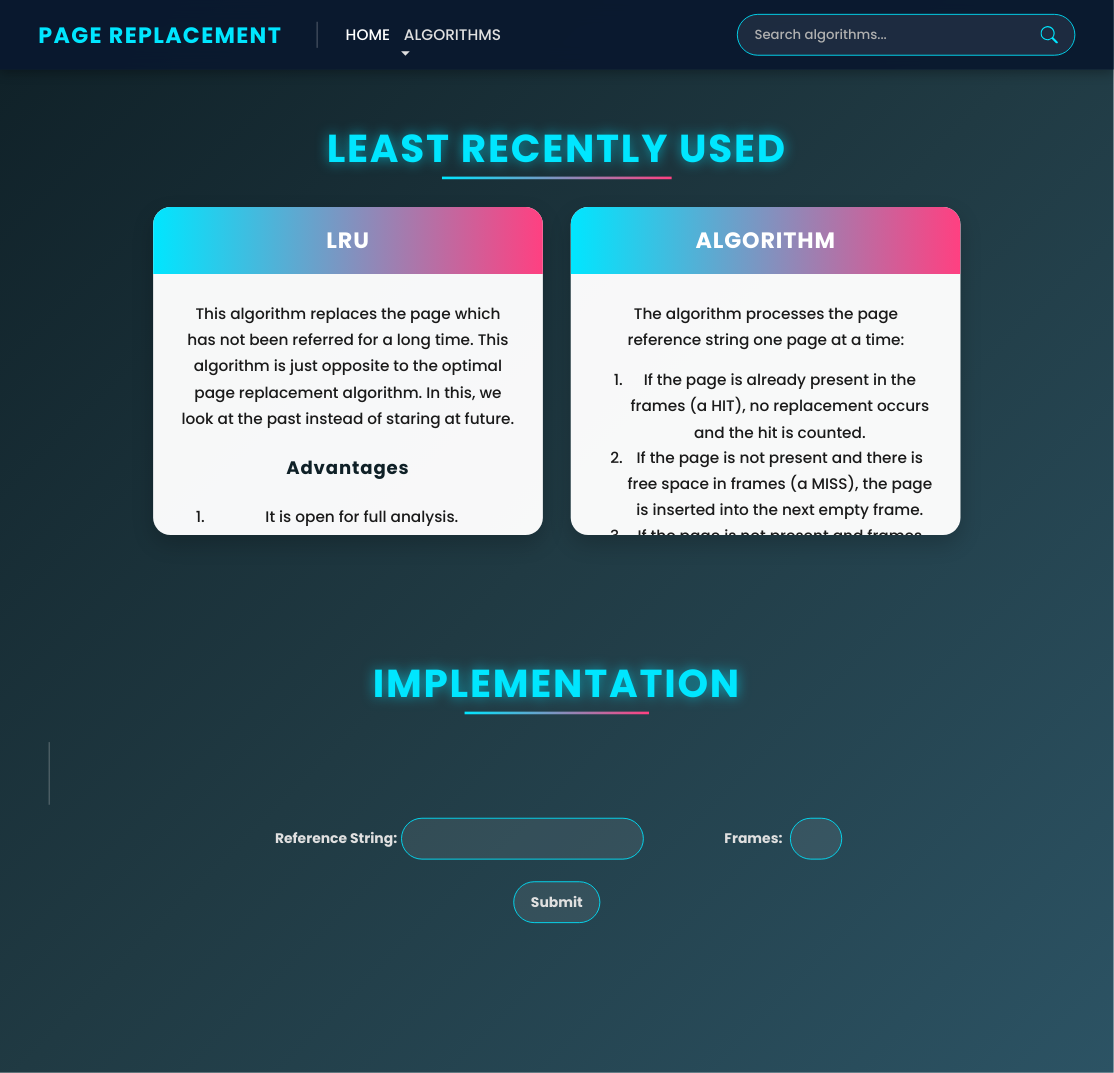
Repository: nusuranur/Page-Replacement-Algorithms-Simulator2.0
Page: Page-Replacement-Algorithms-Simulator-master/lru.html
An editor plug-in stored every save of this project. The page is shown before and after the next save, followed by the edit.
The browser window is 1280 px wide. The pictures show the whole page, at 87% of full size.

Above is the page before, as saved 2025-08-05 16:40:58.

### Page-Replacement-Algorithms-Simulator-master/lru.html
<!DOCTYPE html>
<html lang="en">

<head>
    <meta charset="UTF-8">
    <meta http-equiv="X-UA-Compatible" content="IE=edge">
    <meta name="viewport" content="width=device-width, initial-scale=1.0">
    <title>OS LAB SIMULATOR</title>
    <link rel="stylesheet" href="https://cdn.jsdelivr.net/npm/bootstrap@5.3.0/dist/css/bootstrap.min.css">
    <link href="https://fonts.googleapis.com/css2?family=Poppins:wght@300;500;700&display=swap" rel="stylesheet">
    <link href="https://cdnjs.cloudflare.com/ajax/libs/font-awesome/6.4.0/css/all.min.css" rel="stylesheet">
    <link rel="stylesheet" href="https://unpkg.com/aos@2.3.1/dist/aos.css">
    <link rel="shortcut icon" type="image/png" href="images/website_logo1.png">
    <style>
        body {
            background: linear-gradient(135deg, #0f2027 0%, #203a43 50%, #2c5364 100%);
            font-family: 'Poppins', sans-serif;
            color: #e0e0e0;
            min-height: 100vh;
            margin: 0;
            font-size: 1rem;
        }

        .navbar {
            background: rgba(10, 25, 47, 0.95) !important;
            backdrop-filter: blur(12px);
            padding: 1rem 2rem;
            box-shadow: 0 4px 12px rgba(0, 0, 0, 0.3);
        }

        .navbar-brand .hover-border {
            font-size: 1.6rem;
            font-weight: 700;
            color: #00e6ff;
            transition: color 0.3s ease, transform 0.3s ease;
            position: relative;
            text-transform: uppercase;
            letter-spacing: 1.5px;
        }

        .navbar-brand .hover-border:hover {
            color: #ffffff;
            transform: translateY(-2px);
        }

        .navbar-brand .hover-border::after {
            content: '';
            position: absolute;
            width: 0;
            height: 3px;
            bottom: -6px;
            left: 0;
            background: linear-gradient(90deg, #00e6ff, #ff4081);
            transition: width 0.4s ease;
        }

        .navbar-brand .hover-border:hover::after {
            width: 100%;
        }

        .nav-link, .nav-link.dropdown-toggle {
            font-size: 1.1rem;
            color: #e0e0e0;
            transition: color 0.3s ease, transform 0.3s ease;
            position: relative;
        }

        .nav-link:hover, .nav-link.dropdown-toggle:hover {
            color: #00e6ff;
            transform: translateY(-2px);
        }

        .nav-link::after, .nav-link.dropdown-toggle::after {
            content: '';
            position: absolute;
            width: 0;
            height: 2px;
            bottom: -3px;
            left: 0;
            background: linear-gradient(90deg, #00e6ff, #ff4081);
            transition: width 0.4s ease;
        }

        .nav-link:hover::after, .nav-link.dropdown-toggle:hover::after {
            width: 100%;
        }

        .divider {
            height: 30px;
            width: 1px;
            background: #e0e0e0;
            margin: 0 1.5rem;
            opacity: 0.4;
        }

        .form-control {
            background: rgba(255, 255, 255, 0.08);
            border: 1px solid #00e6ff;
            color: #e0e0e0;
            border-radius: 25px;
            padding: 0.7rem 2.8rem 0.7rem 1.2rem;
            font-size: 1rem;
            transition: all 0.3s ease;
        }

        .form-control:focus {
            background: rgba(255, 255, 255, 0.15);
            border-color: #ffffff;
            color: #ffffff;
            box-shadow: 0 0 8px rgba(0, 230, 255, 0.3);
        }

        .form-control::placeholder {
            color: #b0b0b0;
            font-size: 0.95rem;
        }

        .bi-search {
            position: absolute;
            right: 20px;
            top: 50%;
            transform: translateY(-50%);
            color: #00e6ff;
            width: 20px;
            height: 20px;
        }

        .dropdown-menu {
            background: rgba(10, 25, 47, 0.98);
            border: 1px solid #00e6ff;
            border-radius: 12px;
            max-height: 320px;
            overflow-y: auto;
            box-shadow: 0 4px 15px rgba(0, 0, 0, 0.3);
        }

        .dropdown-item {
            color: #e0e0e0;
            font-size: 0.95rem;
            padding: 0.8rem 1.5rem;
            transition: all 0.3s ease;
        }

        .dropdown-item:hover {
            background: #00e6ff;
            color: #0f2027;
        }

        .mid-block {
            padding: 4rem 2rem;
            text-align: center;
        }

        .mid-heading-wrapper {
            margin-bottom: 2rem;
        }

        .mid-heading h1 {
            font-size: 2.8rem;
            font-weight: 700;
            color: #00e6ff;
            text-transform: uppercase;
            letter-spacing: 2px;
            text-shadow: 0 0 15px rgba(0, 230, 255, 0.6);
            position: relative;
            display: inline-block;
        }

        .mid-heading h1::after {
            content: '';
            position: absolute;
            width: 50%;
            height: 3px;
            bottom: -8px;
            left: 25%;
            background: linear-gradient(90deg, #00e6ff, #ff4081);
        }

        .mid-cards {
            display: flex;
            flex-wrap: wrap;
            justify-content: center;
            gap: 2rem;
            max-width: 1200px;
            margin: 0 auto;
        }

        .card {
            background: rgba(255, 255, 255, 0.97);
            border: none;
            border-radius: 20px;
            box-shadow: 0 10px 25px rgba(0, 0, 0, 0.2);
            transition: transform 0.4s ease, box-shadow 0.4s ease;
            max-width: 28rem;
            overflow: hidden;
        }

        .card:hover {
            transform: translateY(-10px);
            box-shadow: 0 15px 35px rgba(0, 0, 0, 0.3);
        }

        .card-header {
            background: linear-gradient(90deg, #00e6ff, #ff4081);
            color: #ffffff;
            font-size: 1.6rem;
            font-weight: 600;
            padding: 1.2rem;
            text-transform: uppercase;
            letter-spacing: 1px;
            border: none;
        }

        .card-body {
            padding: 2rem;
            color: #1a1a1a;
            font-size: 1.1rem;
            line-height: 1.7;
            max-height: 300px;
            overflow-y: auto;
        }

        .card-body .card-header {
            background: none;
            color: #0f2027;
            font-size: 1.3rem;
            padding: 0.5rem 0;
            text-transform: none;
        }

        .card-text ol {
            padding-left: 1.5rem;
            margin-bottom: 0;
        }

        .card-text li {
            margin-bottom: 0.5rem;
        }

        .last-block {
            padding: 4rem 2rem;
            text-align: center;
        }

        .last_button {
            background: linear-gradient(90deg, #00e6ff, #ff4081);
            color: #ffffff;
            border: none;
            border-radius: 25px;
            padding: 0.8rem 2rem;
            font-size: 1rem;
            font-weight: 600;
            transition: all 0.3s ease;
        }

        .last_button:hover {
            background: linear-gradient(90deg, #ff4081, #00e6ff);
            transform: scale(1.08);
            box-shadow: 0 5px 15px rgba(0, 230, 255, 0.4);
        }

        .input {
            background: rgba(255, 255, 255, 0.08);
            border: 1px solid #00e6ff;
            color: #e0e0e0;
            border-radius: 25px;
            padding: 0.7rem 1.2rem;
            font-size: 1rem;
            transition: all 0.3s ease;
        }

        .input:focus {
            background: rgba(255, 255, 255, 0.15);
            border-color: #ffffff;
            box-shadow: 0 0 8px rgba(0, 230, 255, 0.3);
        }

        table, tr, td {
            border: 2px solid black !important;
        }

        #table {
            width: 80vw;
            margin: 15px;
        }

        #summary {
            display: flex;
            justify-content: space-around;
            align-items: center;
            flex-wrap: wrap;
            flex-direction: row;
        }

        @media (max-width: 768px) {
            body {
                font-size: 0.9rem;
            }

            .mid-heading h1 {
                font-size: 2.2rem;
            }

            .mid-block, .last-block {
                padding: 2rem 1rem;
            }

            .navbar-brand .hover-border {
                font-size: 1.3rem;
            }

            .nav-link, .nav-link.dropdown-toggle {
                font-size: 1rem;
            }

            .form-control, .input {
                font-size: 0.9rem;
            }

            .card {
                max-width: 90%;
            }

            .card-header {
                font-size: 1.4rem;
            }

            .card-body {
                font-size: 1rem;
            }

            .last_button {
                font-size: 0.9rem;
                padding: 0.7rem 1.5rem;
            }
        }
    </style>
</head>

<body>
    <nav class="navbar sticky-top navbar-expand-lg navbar-dark bg-dark">
        <div class="container-fluid">
            <a class="navbar-brand" href="pagereplacement_index.html">
                <div class="hover-border">PAGE REPLACEMENT</div>
            </a>
            <div class="divider"></div>
            <button class="navbar-toggler" type="button" data-bs-toggle="collapse"
                data-bs-target="#navbarSupportedContent" aria-controls="navbarSupportedContent" aria-expanded="false"
                aria-label="Toggle navigation">
                <span class="navbar-toggler-icon"></span>
            </button>
            <div class="collapse navbar-collapse" id="navbarSupportedContent">
                <ul class="navbar-nav me-auto mb-2 mb-lg-0">
                    <li class="nav-item">
                        <a class="nav-link active" aria-current="page" href="index.html">
                            <div class="hover-border">HOME</div>
                        </a>
                    </li>
                    <li class="nav-item dropdown">
                        <a class="nav-link dropdown-toggle" href="#" id="navbarDropdown" role="button"
                            data-bs-toggle="dropdown" aria-expanded="false">
                            ALGORITHMS
                        </a>
                        <ul class="dropdown-menu dropdown-menu-dark" aria-labelledby="navbarDropdown">
                            <li><a class="dropdown-item" href="./fifo.html">FIFO</a></li>
                            <li><a class="dropdown-item" href="./lifo.html">LIFO</a></li>
                            <li><a class="dropdown-item" href="./lru.html">LRU</a></li>
                            <li><a class="dropdown-item" href="./optimal.html">OPTIMAL</a></li>
                        </ul>
                    </li>
                </ul>
                <div class="d-flex position-relative">
                    <div class="dropdown">
                        <input id="search-input" class="form-control me-2 dropdown-toggle" data-bs-toggle="dropdown"
                            aria-expanded="false" placeholder="Search algorithms...">
                        <ul id="suggestions" class="dropdown-menu dropdown-menu-dark" aria-labelledby="search-button"></ul>
                        <svg xmlns="http://www.w3.org/2000/svg" width="20" height="20" fill="currentColor"
                            class="bi bi-search" viewBox="0 0 16 16">
                            <path
                                d="M11.742 10.344a6.5 6.5 0 1 0-1.397 1.398h-.001c.03.04.062.078.098.115l3.85 3.85a1 1 0 0 0 1.415-1.414l-3.85-3.85a1.007 1.007 0 0 0-.115-.1zM12 6.5a5.5 5.5 0 1 1-11 0 5.5 5.5 0 1 1 11 0z" />
                        </svg>
                    </div>
                </div>
            </div>
        </div>
    </nav>
    <div class="mid-block" data-aos="fade-up">
        <div class="mid-heading-wrapper">
            <div class="mid-heading">
                <h1 class="hover-border">LEAST RECENTLY USED</h1>
            </div>
        </div>
        <div class="mid-cards">
            <div class="card text-white mb-3" data-aos="zoom-in" data-aos-delay="100">
                <div class="card-header">LRU</div>
                <div class="card-body">
                    <p class="card-text">This algorithm replaces the page which has not been referred for a long time.
                        This algorithm is just opposite to the optimal page replacement algorithm. In this, we look at
                        the past instead of staring at future.</p>
                    <div class="card-header">Advantages</div>
                    <p class="card-text">
                        <ol>
                            <li>It is open for full analysis.</li>
                            <li>In this, we replace the page which is least recently used, thus free from Belady’s Anomaly.</li>
                            <li>Easy to choose page which has faulted and hasn’t been used for a long time.</li>
                        </ol>
                    </p>
                    <div class="card-header">Disadvantages</div>
                    <p class="card-text">
                        <ol>
                            <li>It requires additional Data Structure to be implemented.</li>
                            <li>Hardware assistance requirement is high.</li>
                        </ol>
                    </p>
                </div>
            </div>
            <div class="card text-white mb-3" data-aos="zoom-in" data-aos-delay="200">
                <div class="card-header">ALGORITHM</div>
                <div class="card-body">
                    <p class="card-text">
                        The algorithm processes the page reference string one page at a time:
                        <ol>
                            <li>If the page is already present in the frames (a HIT), no replacement occurs and the hit is counted.</li>
                            <li>If the page is not present and there is free space in frames (a MISS), the page is inserted into the next empty frame.</li>
                            <li>If the page is not present and frames are full (a MISS), this custom LRU algorithm replaces the page that was inserted most recently (the newest page) with the new page, rather than the least recently used. The insertion order is tracked to identify the newest page.</li>
                            <li>This approach ensures that older pages remain in memory, only replacing the newest pages when necessary.</li>
                        </ol>
                        This differs from classical LRU, which replaces the least recently used page, by focusing on replacing the newest page while keeping the rest stable.
                    </p>
                </div>
            </div>
        </div>
    </div>
    <div class="last-block" data-aos="fade-up">
        <div class="mid-heading-wrapper">
            <div class="mid-heading">
                <h1 class="hover-border">IMPLEMENTATION</h1>
            </div>
        </div>
        <div class="divider" style="height: 10vh;"></div>
        <div id="algo">
            <div class="container"
                style="width: 85vw; height: fit-content; margin-bottom: 10px; display: flex; flex-direction: column; align-items: center; justify-content: center;">
                <div
                    style="display: flex; flex-direction: row; align-items: center; justify-content: center; flex-wrap: wrap;">
                    <div
                        style="margin: 10px; width: fit-content; display: flex; justify-content: center; align-items: center;">
                        <strong>Reference String:</strong>
                        <input class="input" type="text" style="width: 55%; min-width: 225px; margin: 5px;" id="input" />
                    </div>
                    <div style="margin: 10px; width: fit-content">
                        <strong>Frames:</strong>
                        <input class="input" type="number" id="frames" style="width:30%; min-width: 50px; margin: 5px;"
                            min=1 max=10 />
                    </div>
                </div>
                <button id="submit" type="button" class="btn btn-dark last_button input"
                    style="margin: 10px; min-width: 80px;">Submit</button>
            </div>
            <div style="margin: 10px; width: fit-content;">
                <br />
                <table id="table" class="container text-center"></table>
                <br />
                <div id="summary" class="d-flex justify-content-around font-weight-bold text-uppercase"> </div>
            </div>
        </div>
    </div>
    <script src="https://cdn.jsdelivr.net/npm/bootstrap@5.3.0/dist/js/bootstrap.bundle.min.js"></script>
    <script src="https://unpkg.com/aos@2.3.1/dist/aos.js"></script>
    <script>
        AOS.init({
            duration: 1200,
            easing: 'ease-out-quart',
        });
    </script>
    <script src="js/search.js"></script>
    <script src="js/lru.js"></script>
</body>

</html>

### Page-Replacement-Algorithms-Simulator-master/js/lru.js
// Node class for doubly linked list (not used here, kept if needed later)
class node {
    constructor(data) {
        this.data = data;
        this.l = null;
        this.r = null;
    }
}

// LRU class implementing standard LRU page replacement
class lru {
    constructor(capacity) {
        this.capacity = Number(capacity);
        this.pageFaults = 0;
        this.pageHits = 0;
        this.searchIndex = -1;
        this.frames = [];     // Array of pages in frames (fixed positions)
        this.recency = [];    // Array tracking recency: most recent at end
    }

    refer(token) {
        let idx = this.frames.indexOf(token);

        if (idx !== -1) {
            // HIT: Page found in frames
            this.pageHits++;
            this.searchIndex = idx;

            // Update recency: move token to end (most recent)
            this.recency = this.recency.filter(x => x !== token);
            this.recency.push(token);
        } else {
            // MISS: Page not in frames
            this.pageFaults++;
            this.searchIndex = -1;

            if (this.frames.length < this.capacity) {
                // Space available: add token at next free frame
                this.frames.push(token);
                this.recency.push(token);
            } else {
                // No space: replace least recently used page (recency[0])
                let lruPage = this.recency.shift();           // Remove oldest used
                let removeIdx = this.frames.indexOf(lruPage); // Find index in frames
                this.frames[removeIdx] = token;                // Replace with new page
                this.recency.push(token);                      // Add new page as most recent
            }
        }
    }
}

// Event listener for submit button
document.getElementById("submit").addEventListener("click", runLRU);

function runLRU() {
    let refs = document.getElementById("input").value.trim().split(/\s+/);
    let framesCount = Number(document.getElementById("frames").value);
    let ref = refs.filter(x => x !== "");

    createTable("table", framesCount, ref);
    let cache = new lru(framesCount);

    for (let i = 0; i < ref.length; i++) {
        cache.refer(ref[i]);
        fillcol("table", i + 1, cache.frames, framesCount, cache.searchIndex);
    }

    summary("summary", cache.pageFaults, cache.pageFaults + cache.pageHits, framesCount);
}

// Fill one column in the table with frames and HIT/MISS status
function fillcol(tablename, col, objframes, totalFrames, searchindex) {
    for (let i = 0; i < totalFrames; i++) {
        let cell = document.getElementById(tablename + (i + 1) + col);
        cell.innerHTML = i < objframes.length ? objframes[i] : "";
        cell.classList.remove("bg-success", "text-white");
    }

    let statusRow = document.getElementById(tablename + (Number(totalFrames) + 1) + col);
    if (searchindex === -1) {
        statusRow.innerHTML = "MISS";
    } else {
        statusRow.innerHTML = "HIT";
        document.getElementById(tablename + (searchindex + 1) + col).classList.add("bg-success", "text-white");
    }
}

// Dynamically create the table structure for frames and references
function createTable(tablename, frames, ref) {
    document.getElementById(tablename).innerHTML = "";
    let table = `<tr class="font-weight-bold"><td id="${tablename}00">Reference</td>`;
    for (let i = 0; i < ref.length; i++) {
        table += `<td id="${tablename}0${i + 1}">${ref[i]}</td>`;
    }
    table += `</tr>`;

    for (let i = 0; i < frames; i++) {
        table += `<tr><td class="font-weight-bold" id="${tablename}${i + 1}0">Frame ${i + 1}</td>`;
        for (let j = 0; j < ref.length; j++) {
            table += `<td id="${tablename}${i + 1}${j + 1}"></td>`;
        }
        table += "</tr>";
    }

    table += `<tr><td class="font-weight-bold" id="${tablename}${frames + 1}0">Status</td>`;
    for (let j = 0; j < ref.length; j++) {
        table += `<td id="${tablename}${frames + 1}${j + 1}"></td>`;
    }
    table += "</tr>";

    document.getElementById(tablename).innerHTML = table;
}

// Show summary of results: hits, faults, ratios
function summary(id, pagefaults, pages, frames) {
    let missRatio = (pagefaults / pages).toFixed(2);
    let hitRatio = (1 - missRatio).toFixed(2);
    let result = `
        <div>Pages: ${pages}</div>
        <div>Frames: ${frames}</div>
        <div>Hits: ${pages - pagefaults}</div>
        <div>Faults: ${pagefaults}</div>
        <div>Hit Ratio: ${hitRatio}</div>
        <div>Miss Ratio: ${missRatio}</div>
    `;
    document.getElementById(id).innerHTML = result;
}

Loaded but not shown: Page-Replacement-Algorithms-Simulator-master/js/search.js (186 lines, source omitted)

After the next save:
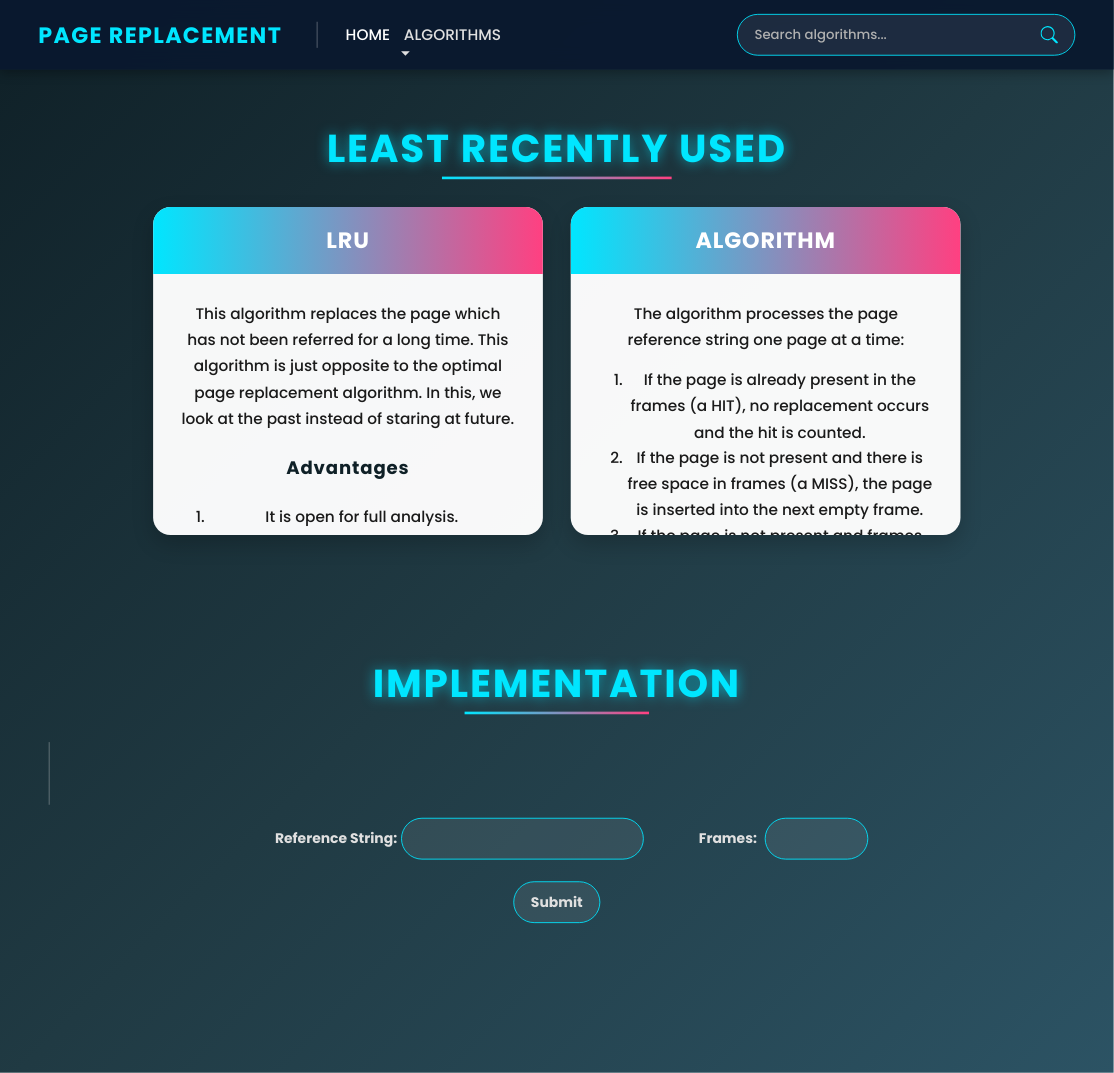
Saved 7 s later.
--- a/Page-Replacement-Algorithms-Simulator-master/lru.html
+++ b/Page-Replacement-Algorithms-Simulator-master/lru.html
@@ -450,7 +450,7 @@
                     </div>
                     <div style="margin: 10px; width: fit-content">
                         <strong>Frames:</strong>
-                        <input class="input" type="number" id="frames" style="width:30%; min-width: 50px; margin: 5px;"
+                        <input class="input" type="number" id="frames" style="200px; min-width: 50px; margin: 5px;"
                             min=1 max=10 />
                     </div>
                 </div>
